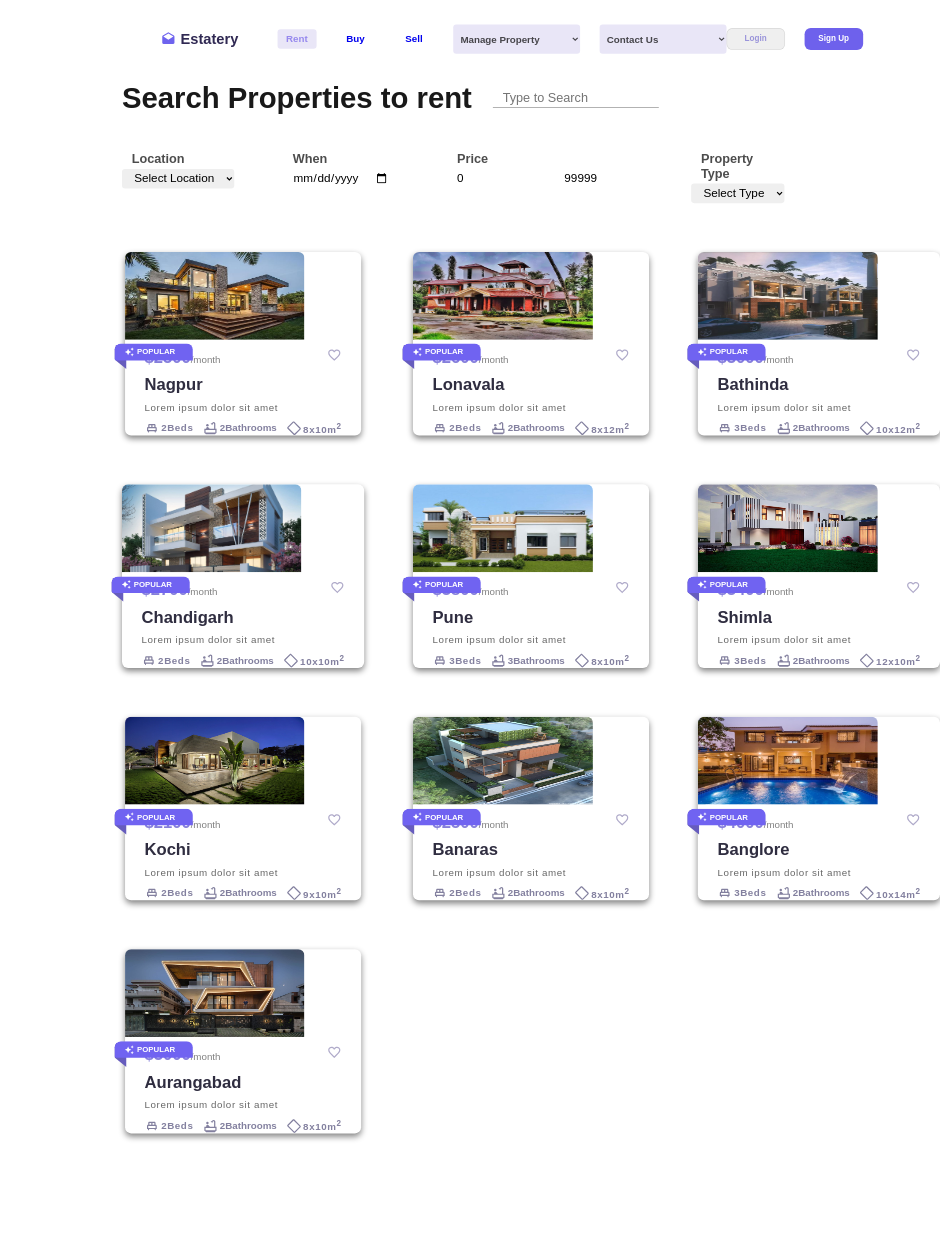
Repository: kapil4457/Reunion-Internship-Assignment
Page: /
An editor plug-in stored every save of this project. The page is shown before and after the next save, followed by the edit.
The browser window is 1280 px wide. The page is 1541 px wide, so the pictures cover 1541 px, including what lies to the right of the window. The pictures show the whole page, at 61% of full size.
The project was rebuilt for these pictures with package versions that can differ from the ones it lists, and the page was loaded fresh each time. Also part of the build but not shown: src/App.css.

Above is the page before, as saved 2022-10-07 20:37:48.

After the next save:
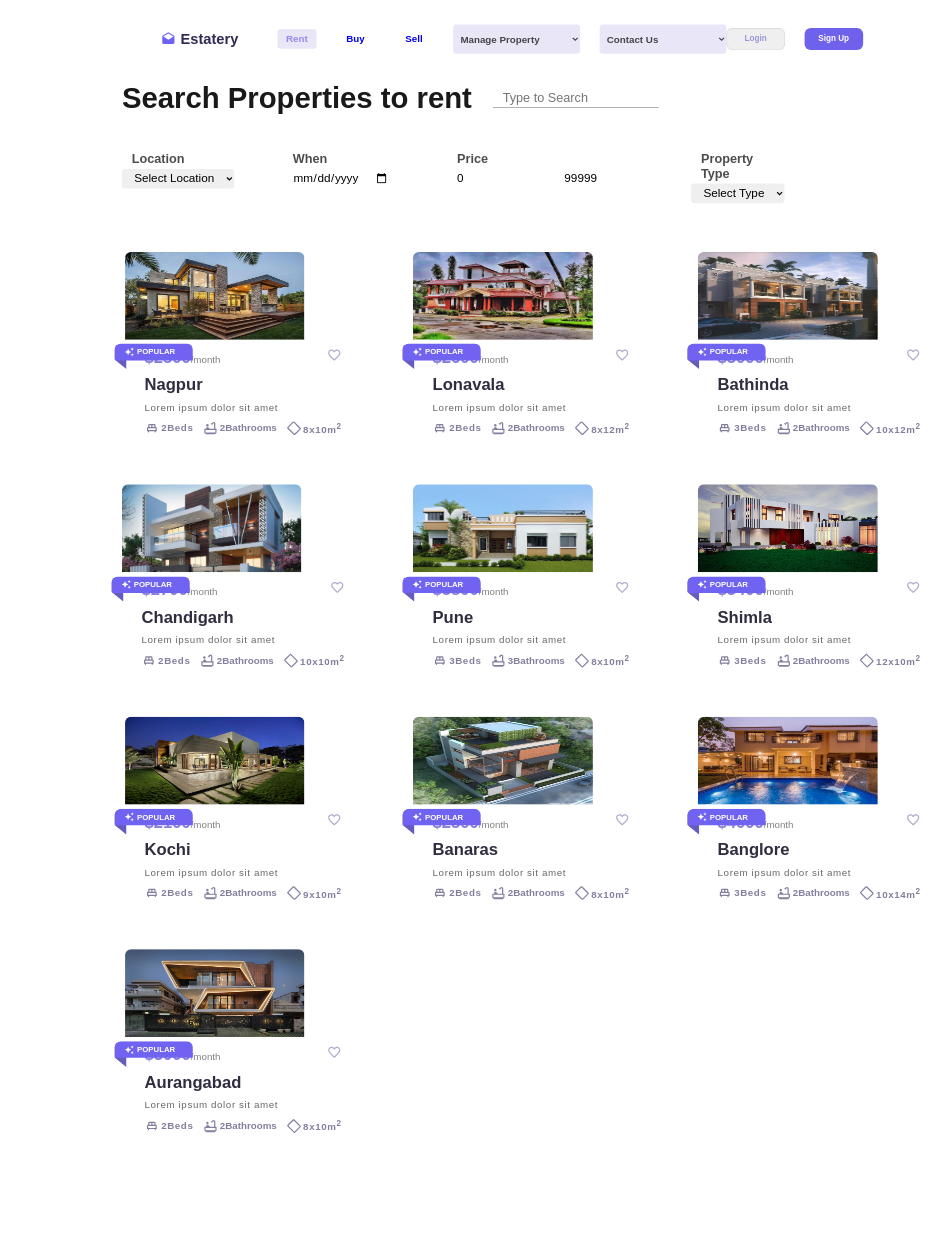
Saved 31 s later.
--- a/src/components/RentCard/RentCard.css
+++ b/src/components/RentCard/RentCard.css
@@ -1,7 +1,6 @@
 
 .rent-card-main{
     position:relative;
-    box-shadow: 0 5px 10px gray;
     border-radius: 10px;
 }
 
